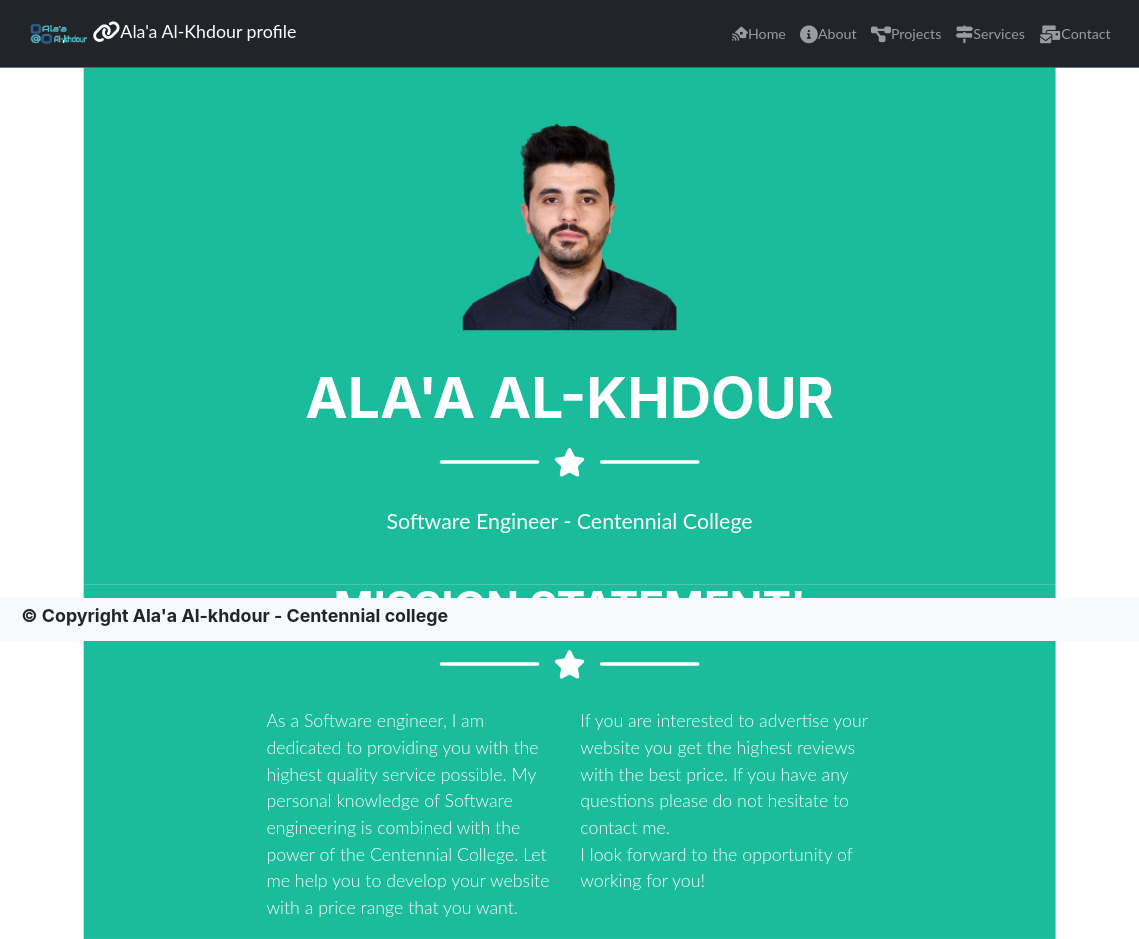
Repository: alaakhdour/heroukulivesite-section1
Page: http://localhost/
An editor plug-in stored every save of this project. The page is shown before and after the next save, followed by the edit.
The browser window is 1280 px wide. The pictures show the whole page, at 89% of full size.
The page is served by the project's Node server (server.js). Other server files are loaded and not shown.

Above is the page before, as saved 2022-06-18 02:44:13.

### Server/Views/index.ejs

<!DOCTYPE html>
<html lang="en">
<head>
    <meta charset="UTF-8">
    <meta http-equiv="X-UA-Compatible" content="IE=edge">
    <meta name="viewport" content="width=device-width, initial-scale=1.0">
    <title><%= title %></title>
    <!-- CSS Section -->
    <link rel="stylesheet" href="./bootstrap/dist/css/bootstrap.min.css">
    <link rel="stylesheet" href="./@fortawsome/fontawesome-free/css/all.min.css">
    <link rel="stylesheet" href="./Content/app.css">
    <link rel="stylesheet" href="./Content/styles.css">
</head>
<body>
    <!-- Main Navigation Section -->
    <header>
        <%- include('./components/header.ejs'); %>
    </header>

    <!-- Content Section-->
    <main>
        <%- include('content/' + page + '.ejs'); %>

    </main>

    <!-- Site-wide footer-->
    <footer>
        <%- include('components/footer.ejs'); %>
    </footer>

    <!-- JavaScript Section -->
    <script src="./jquery/dist/jquery.min.js"></script>
    <script src="./bootstrap/dist/js/bootstrap.min.js"></script>
    <script src="./@fortawesome/fontawesome-free/js/all.min.js"></script>
    <script src="./Scripts/app.js"></script>
</body>
</html>

### Server/Views/components/header.ejs
<nav class="navbar navbar-expand-lg navbar-dark bg-dark">
    <div class="container-fluid">
      <a class="navbar-brand" href="/"> <img src="./Assets/images/logo.png" alt="" width="80" height="50"><i class="fa-solid fa-link fa-lg"></i>Ala'a Al-Khdour profile</a>
      <button class="navbar-toggler" type="button" data-bs-toggle="collapse" data-bs-target="#navbarSupportedContent" aria-controls="navbarSupportedContent" aria-expanded="false" aria-label="Toggle navigation">
        <span class="navbar-toggler-icon"></span>
      </button>
      <div class="collapse navbar-collapse" id="navbarSupportedContent">
        <ul class="navbar-nav ms-auto mb-2 mb-lg-0">
          <li class="nav-item">
            <a class="nav-link" aria-current="page" href="/home"><i class="fa-solid fa-house-signal"></i>Home</a>
          </li>

          <li class="nav-item">
            <a class="nav-link" aria-current="page" href="/about"><i class="fa-solid fa-circle-info fa-lg"></i>About</a>
          </li>

          <li class="nav-item">
            <a class="nav-link" aria-current="page" href="/projects"><i class="fa-solid fa-diagram-project fa-lg"></i>Projects</a>
          </li>

          <li class="nav-item">
            <a class="nav-link" aria-current="page" href="/services"><i class="fa-solid fa-signs-post fa-lg"></i>Services</a>
          </li>

          <li class="nav-item">
            <a class="nav-link" aria-current="page" href="/contact"><i class="fa-solid fa-envelopes-bulk fa-lg"></i>Contact </a>
          </li>


        </ul>
      </div>
    </div>
  </nav>

### Server/Views/content/home.ejs
<div class="container">
    <header class="masthead bg-primary text-white text-center" style="padding:5%;">
        <div class="container d-flex align-items-center flex-column">
            <!-- Masthead Avatar Image-->
            <img class="masthead-avatar mb-5" src="./Assets/images/Alaa.jpg" alt="..." />
            <!-- Masthead Heading-->
            <h1 class="masthead-heading text-uppercase mb-0">Ala'a Al-khdour</h1>
            <!-- Icon Divider-->
            <div class="divider-custom divider-light">
                <div class="divider-custom-line"></div>
                <div class="divider-custom-icon"><i class="fas fa-star"></i></div>
                <div class="divider-custom-line"></div>
            </div>
            <!-- Masthead Subheading-->
            <p class="masthead-subheading font-weight-light mb-0">Software Engineer - Centennial  College</p>
        </div>
    </header>



    <section class="page-section bg-primary text-white mb-0" id="about" style="padding:5px;" >
        <div class="container">
            <!-- About Section Heading-->
            <h2 class="page-section-heading text-center text-uppercase text-white">Mission Statement!</h2>
            <!-- Icon Divider-->
            <div class="divider-custom divider-light">
                <div class="divider-custom-line"></div>
                <div class="divider-custom-icon"><i class="fas fa-star"></i></div>
                <div class="divider-custom-line"></div>
            </div>
            <!-- About Section Content-->
            <div class="row">
                <div class="col-lg-4 ms-auto"><p class="lead">As a Software engineer, I am dedicated to providing you with the highest quality service possible. My personal knowledge of Software engineering is combined with the power of the Centennial College.
                    Let me help you to develop your website with a price range that you want.</p></div>
                <div class="col-lg-4 me-auto"><p class="lead"> If you are interested to advertise your website you get the highest reviews with the best price.
                    If you have any questions please do not hesitate to contact me.<br> I look forward to the opportunity of working for you!</p></div>
            </div>

        </div>
    </section>
</div>

### Server/Views/components/footer.ejs
<nav class="navbar fixed-bottom bg-light">
    <div class="container-fluid">
      <h5 id="copyright">&copy; Copyright Ala'a Al-khdour - Centennial college</h5>
    </div>
  </nav>

### server.js
"use strict";
var __importDefault = (this && this.__importDefault) || function (mod) {
    return (mod && mod.__esModule) ? mod : { "default": mod };
};
Object.defineProperty(exports, "__esModule", { value: true });
const app_1 = __importDefault(require("./Server/Config/app"));
const debug_1 = __importDefault(require("debug"));
(0, debug_1.default)('week4:server');
const http_1 = __importDefault(require("http"));
const port = normalizePort(process.env.PORT || '3000');
app_1.default.set('port', port);
const server = http_1.default.createServer(app_1.default);
server.listen(port);
server.on('error', onError);
server.on('listening', onListening);
function normalizePort(val) {
    let port = parseInt(val, 10);
    if (isNaN(port)) {
        return val;
    }
    if (port >= 0) {
        return port;
    }
    return false;
}
function onError(error) {
    if (error.syscall !== 'listen') {
        throw error;
    }
    let bind = typeof port === 'string'
        ? 'Pipe ' + port
        : 'Port ' + port;
    switch (error.code) {
        case 'EACCES':
            console.error(bind + ' requires elevated privileges');
            process.exit(1);
            break;
        case 'EADDRINUSE':
            console.error(bind + ' is already in use');
            process.exit(1);
            break;
        default:
            throw error;
    }
}
function onListening() {
    let addr = server.address();
    let bind = 'pipe ' + addr;
    (0, debug_1.default)('Listening on ' + bind);
}
//# sourceMappingURL=server.js.map

### Server/Routes/index.js
"use strict";
var __importDefault = (this && this.__importDefault) || function (mod) {
    return (mod && mod.__esModule) ? mod : { "default": mod };
};
Object.defineProperty(exports, "__esModule", { value: true });
const express_1 = __importDefault(require("express"));
const router = express_1.default.Router();
router.get('/', function (req, res, next) {
    res.render('index', { title: 'Home', page: 'home' });
});
router.get('/home', function (req, res, next) {
    res.render('index', { title: 'Home', page: 'home' });
});
router.get('/about', function (req, res, next) {
    res.render('index', { title: 'About Us', page: 'about' });
});
router.get('/projects', function (req, res, next) {
    res.render('index', { title: 'My Projects', page: 'projects' });
});
router.get('/services', function (req, res, next) {
    res.render('index', { title: 'My services', page: 'services' });
});
router.get('/contact', function (req, res, next) {
    res.render('index', { title: 'contact us', page: 'contact' });
});


exports.default = router;
//# sourceMappingURL=index.js.map

### Client/data/data.json
{
    "FullName": "AlaaAlkhdour",
    "ContactNumber": "999999999999",
    "EmailAddress": "ala@example.com"
}

### content/app.css
h1
{
    font-size: 70px;
    font-family: Verdana, Geneva, Tahoma, sans-serif;
}

### scripts/app.js
//IIFE
(function()
{

    function Start()
    {
        console.log("App Started!");

        // use AJAX to read JSON file

        // Step 1: Create a new XHR object
        let XHR = new XMLHttpRequest();

        // Step 2: Create the request
        XHR.open("GET", "../data/data.json");

        // Step 3: Send the request
        XHR.send();

        // Step 4: create an event listener/handler
        XHR.addEventListener("readystatechange", function()
        {
            if(XHR.readyState == 4 && XHR.status == 200)
            {
                console.log("JSON Data:");
                console.log("===========");
                console.log(XHR.responseText);
            }
        });
    }

    window.addEventListener("load", Start);

})();

Loaded but not shown: Client/content/styles.css (library)

After the next save:
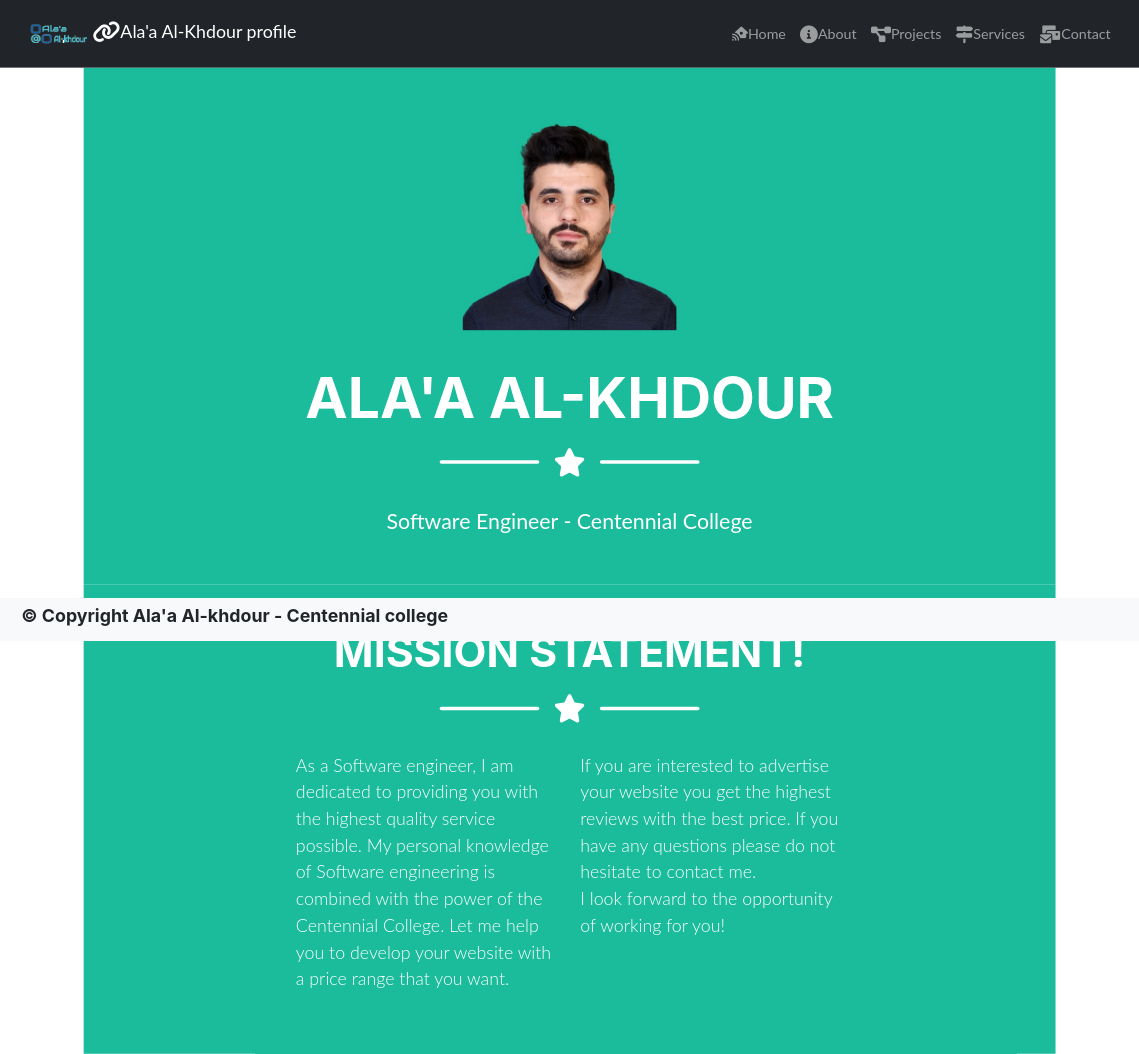
Saved 19 s later.
--- a/Server/Views/content/home.ejs
+++ b/Server/Views/content/home.ejs
@@ -18,7 +18,7 @@
 
 
 
-    <section class="page-section bg-primary text-white mb-0" id="about" style="padding:5px;" >
+    <section class="page-section bg-primary text-white mb-0" id="about" style="padding:5%;" >
         <div class="container">
             <!-- About Section Heading-->
             <h2 class="page-section-heading text-center text-uppercase text-white">Mission Statement!</h2>
